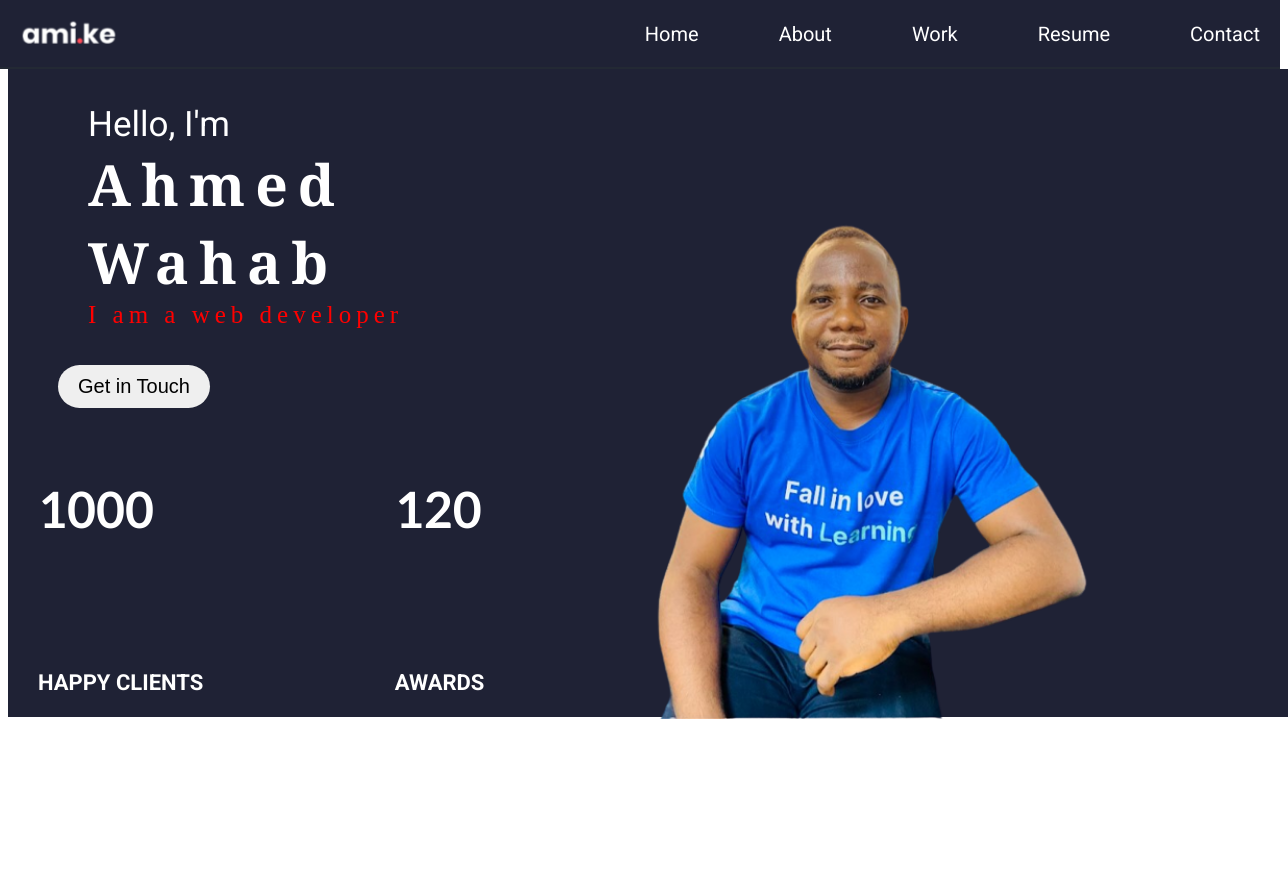
Repository: imokha01/HTML
Page: index.html
An editor plug-in stored every save of this project. The page is shown before and after a run of saves, followed by the edit.
The browser window is 1280 px wide. The page is 1288 px wide, so the pictures cover 1288 px, including what lies to the right of the window. The pictures show the whole page.

Above is the page before, as saved 2023-11-27 23:25:53.

After the next 2 saves:
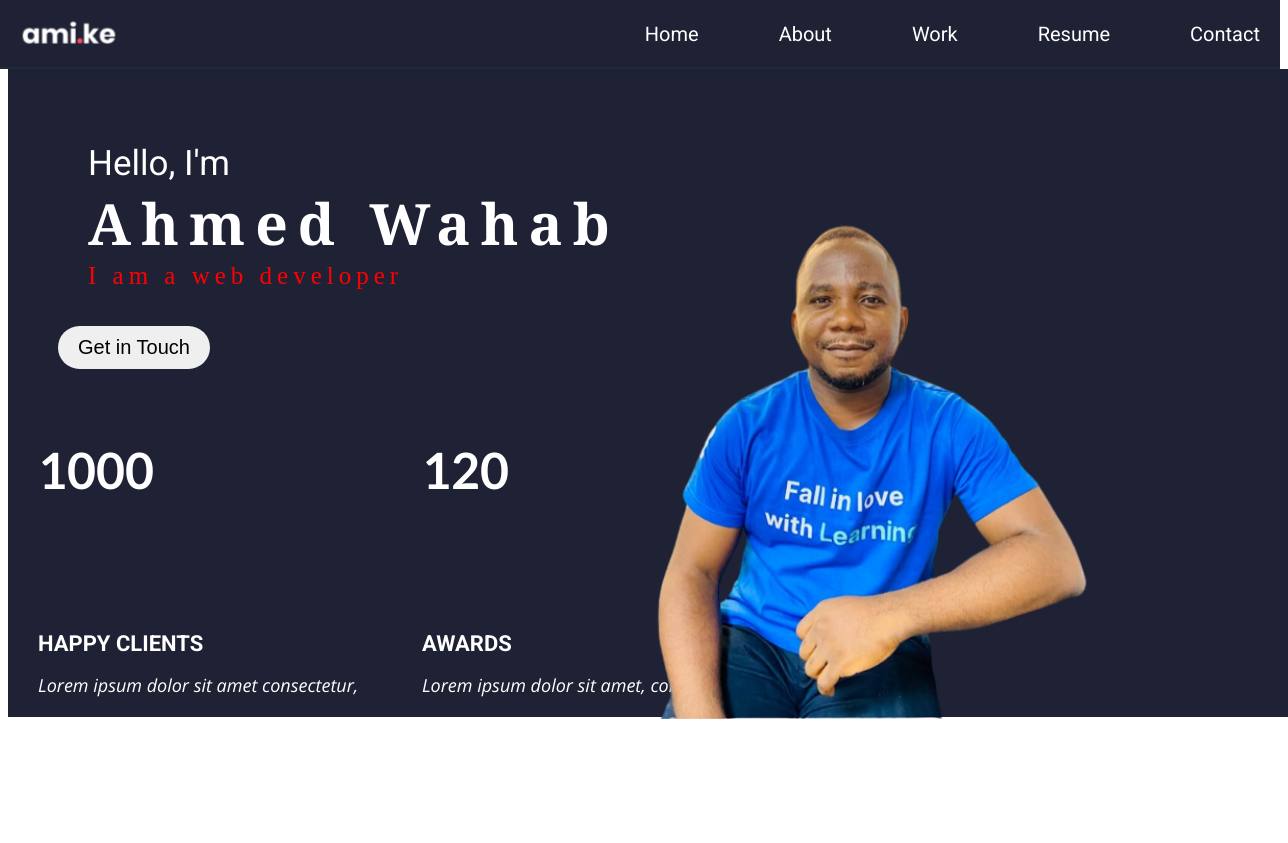
The 2 saves are shown as one change because they came seconds apart.
The last was saved 2 min 46 s later.
--- a/index.css
+++ b/index.css
@@ -99,6 +99,7 @@ h1 {
   font-size: 57px;
   color: white;
   letter-spacing: 10px;
+  width: max-content;
   /* padding: 30px; */
   /* margin-top: -60px;
   margin-bottom: -10px; */
